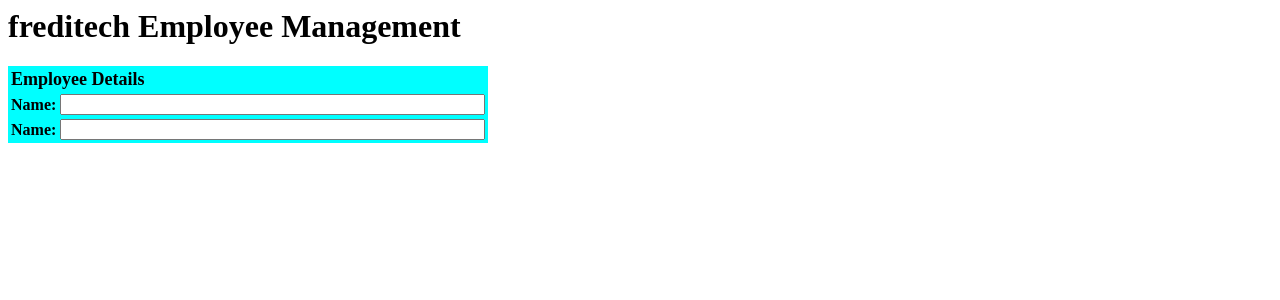
Repository: freditech/gaecode
Page: JDOExample/war/index.html
The author's editor kept a copy of each file at every save. The page is drawn from the files as they stood at one save, then again after the next save.
The browser window is 1280 px wide. The pictures show the whole page.

Above is the page before, as saved 2013-08-15 16:42:28.

After the next save:
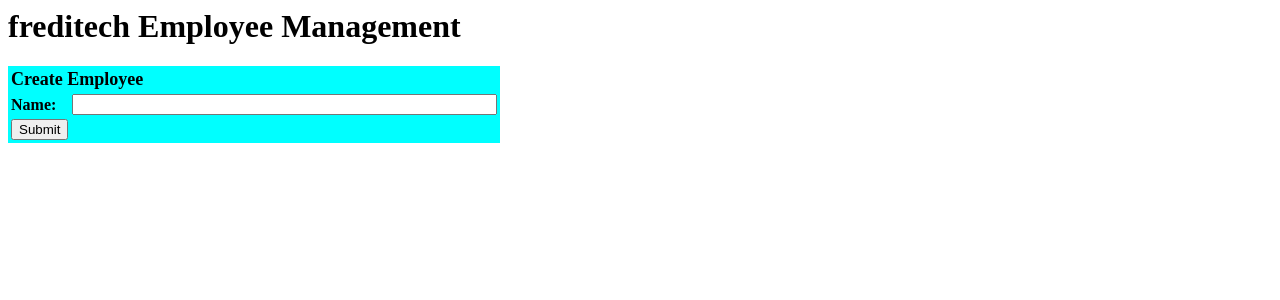
Saved 36 s later.
--- a/JDOExample/war/index.html
+++ b/JDOExample/war/index.html
@@ -17,15 +17,14 @@
 	<form action="/manageEmployee"></form>
     <table style="background-color: aqua;border-color: white;">
       <tr>
-        <td colspan="2" style="font-size:large;font-weight:bold;"> Employee Details </td>
+        <td colspan="2" style="font-size:large;font-weight:bold;"> Create Employee</td>
       </tr>
       <tr>
         <td style="font-weight:bold;">Name:</td>
 		<td> <input type="text" name="empName" size="50"/> </td>
       </tr>
       <tr>
-        <td style="font-weight:bold;">Name:</td>
-		<td> <input type="text" name="empName" size="50"/> </td>
+		<td> <input type="submit" name="empName" size="50"/> </td>
       </tr>
     </table>
   </body>
